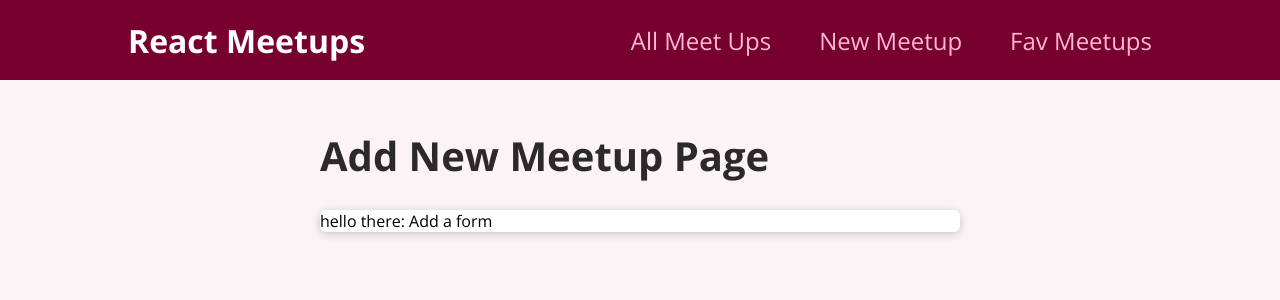
Repository: portretrieve/react-meetup-app
Page: /meet
An editor plug-in stored every save of this project. The page is shown before and after the next save, followed by the edit.
The browser window is 1280 px wide. The pictures show the whole page.
The project was rebuilt for these pictures with package versions that can differ from the ones it lists, and the page was loaded fresh each time. A package was used in the major version that the imports need, not the one package.json lists. Also part of the build but not shown: src/components/meetups/MeetupList.module.css, src/components/meetups/Meetupitem.module.css, src/components/meetups/MeetupItem.js, src/components/meetups/MeetupList.js, src/pages/AllMeetups.js, src/pages/Favourites.js.

Above is the page before, as saved 2021-08-19 01:03:52.

After the next save:
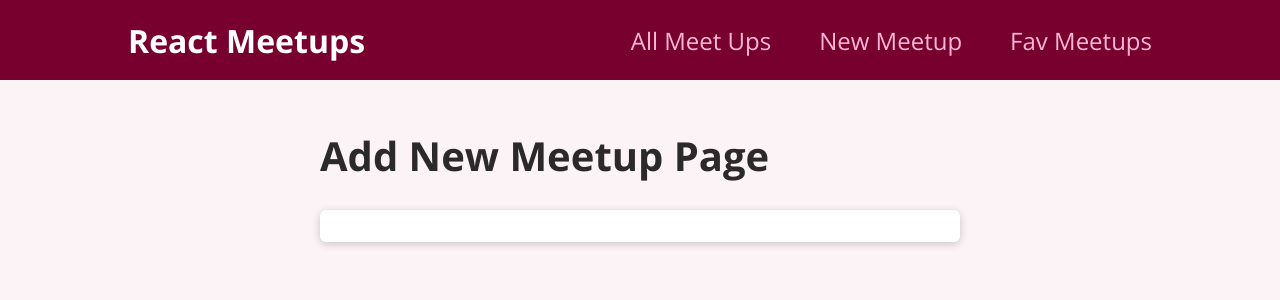
Saved 119 s later.
--- a/src/components/meetups/NewMeetupForm.js
+++ b/src/components/meetups/NewMeetupForm.js
@@ -2,6 +2,10 @@ import classes from "./NewMeetupForm.module.css";
 import Card from "../userInterface/Card";
 
 function NewMeetupForm() {
-  return <Card>hello there: Add a form </Card>;
+  return (
+    <Card>
+      <form className={classes.form}></form>
+    </Card>
+  );
 }
 export default NewMeetupForm;
